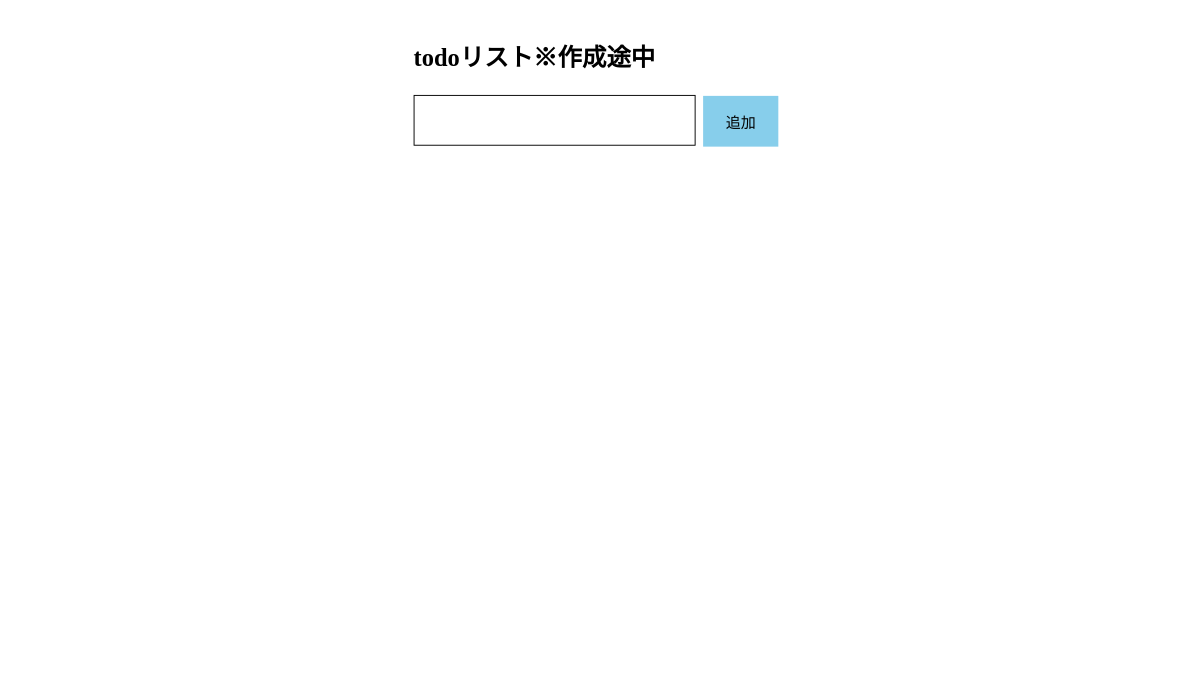
Repository: FujieRyou/react_practice
Page: /
An editor plug-in stored every save of this project. The page is shown before and after the next save, followed by the edit.
The browser window is 1280 px wide. The pictures show the whole page, at 94% of full size.
The project was rebuilt for these pictures with package versions that can differ from the ones it lists, and the page was loaded fresh each time. Also part of the build but not shown: vite.config.js, src/components/testComponent.jsx, src/components/countUp.jsx, src/components/switchFlag.jsx.

Above is the page before, as saved 2023-01-19 04:41:19.

### src/App.jsx
import { useEffect } from "react"
import { useRef } from "react"
import { useState } from "react"
import TestComponent from "./components/testComponent"
import styles from "./scss/style.scss"
import Todolist from "./components/todoComponent"
import CountUp from "./components/countUp"
import SwitchFlag from "./components/switchFlag"
import PropsPractice from "./components/props1"
import Profile from "./components/profile"
import ChangeIvent from "./components/ivent"
import InputInterlocking from "./components/inputInterlocking"


const App = () =>{
  const profileInfo = [
    {name:"Takasi",age:20,from:"大阪"},
    {name:"Hirosi",age:19,from:"東京"},
    {name:"Musasi",age:21,from:"名古屋"},
]


  return(
    <div>
      {/* todolist作成中 */}
      <Todolist />

      {/* 押すたびにcountがupする(useState練習) */}
      {/* < CountUp /> */}

      {/* 押すたびにON,OFFがきりかわる(useState練習) */}
      {/* <SwitchFlag /> */}

    {/* props練習 */}
    {/* <PropsPractice color="red"/>
    <PropsPractice num={123}/> */}

    {/* <Profile
      name={profileInfo[0].name}
      age={profileInfo[0].age}
      from={profileInfo[0].from}
    />

    <Profile
      {...profileInfo[1]}
    />

    <Profile/>

    <ChangeIvent /> */}

    {/* <InputInterlocking /> */}

    </div>






  )
}


export default App

### src/scss/style.scss
@forward "_ress";

input{
    border: solid 1px black;
    width: 200px;
    height: 32px;
}

.btn{
    width: 56px;
    height: 32px;
    background-color: aquamarine;
}

.list{
    width: 200px;
    height: 100px;
    background-color: tomato;
    border: solid 1px skyblue;
    padding: 10px 12px;
    list-style-type: none;
}

.component{
    width: 200px;
    height: 150px;
    border: solid 5px green;
    color: green;
}
.component.red{
    width: 200px;
    height: 150px;
    border: solid 5px red;
    color: red;
}

.mouseInOut{
    width: 200px;
    height: 200px;
    background-color: aquamarine;
    margin-top: 20px;
}

.todoWrap{
    width: 400px;
    height: auto;
    margin: 0 auto;
    padding-top: 40px;
    h2{
        font-size: 26px;
    }
}

.addBtn{
    width: 80px;
    height: 54px;
    background-color: skyblue;
    margin-left: 8px;
}

.txtArea{
    width: 300px;
    height: 54px;
    margin-top: 24px;
    font-size: 24px;
}

.additionBtn{
    width: 40px;
    height: 40px;
    background-color: skyblue;
    margin-left: 4px;
}

### src/components/todoComponent.jsx
import style from "../scss/style.scss"
import { useState } from "react";

const Todolist = () =>{
    const [val, setVal] = useState();

    return(
        <div className="todoWrap">
            <h2>todoリスト※作成途中</h2>
            <input type="text" id="txtArea" className="txtArea" />
            <button type="button" id="addBtn" className="addBtn">追加</button>
            <div id="listWrap">
            </div>
        </div>
    )
}

export default Todolist;

### src/scss/_ress.scss
/*!
 * ress.css • v4.0.0
 * MIT License
 * github.com/filipelinhares/ress
 */

/* # =================================================================
   # Global selectors
   # ================================================================= */

   html {
    box-sizing: border-box;
    -webkit-text-size-adjust: 100%; /* Prevent adjustments of font size after orientation changes in iOS */
    word-break: normal;
    -moz-tab-size: 4;
    tab-size: 4;
  }

  *,
  ::before,
  ::after {
    background-repeat: no-repeat; /* Set `background-repeat: no-repeat` to all elements and pseudo elements */
    box-sizing: inherit;
  }

  ::before,
  ::after {
    text-decoration: inherit; /* Inherit text-decoration and vertical align to ::before and ::after pseudo elements */
    vertical-align: inherit;
  }

  * {
    padding: 0; /* Reset `padding` and `margin` of all elements */
    margin: 0;
  }

  /* # =================================================================
     # General elements
     # ================================================================= */

  hr {
    overflow: visible; /* Show the overflow in Edge and IE */
    height: 0; /* Add the correct box sizing in Firefox */
    color: inherit; /* Correct border color in Firefox. */
  }

  details,
  main {
    display: block; /* Render the `main` element consistently in IE. */
  }

  summary {
    display: list-item; /* Add the correct display in all browsers */
  }

  small {
    font-size: 80%; /* Set font-size to 80% in `small` elements */
  }

  [hidden] {
    display: none; /* Add the correct display in IE */
  }

  abbr[title] {
    border-bottom: none; /* Remove the bottom border in Chrome 57 */
    /* Add the correct text decoration in Chrome, Edge, IE, Opera, and Safari */
    text-decoration: underline;
    text-decoration: underline dotted;
  }

  a {
    background-color: transparent; /* Remove the gray background on active links in IE 10 */
  }

  a:active,
  a:hover {
    outline-width: 0; /* Remove the outline when hovering in all browsers */
  }

  code,
  kbd,
  pre,
  samp {
    font-family: monospace, monospace; /* Specify the font family of code elements */
  }

  pre {
    font-size: 1em; /* Correct the odd `em` font sizing in all browsers */
  }

  b,
  strong {
    font-weight: bolder; /* Add the correct font weight in Chrome, Edge, and Safari */
  }

  /* https://gist.github.com/unruthless/413930 */
  sub,
  sup {
    font-size: 75%;
    line-height: 0;
    position: relative;
    vertical-align: baseline;
  }

  sub {
    bottom: -0.25em;
  }

  sup {
    top: -0.5em;
  }

  table {
    border-color: inherit; /* Correct border color in all Chrome, Edge, and Safari. */
    text-indent: 0; /* Remove text indentation in Chrome, Edge, and Safari */
  }

  /* # =================================================================
     # Forms
     # ================================================================= */

  input {
    border-radius: 0;
  }

  /* Replace pointer cursor in disabled elements */
  [disabled] {
    cursor: default;
  }

  [type='number']::-webkit-inner-spin-button,
  [type='number']::-webkit-outer-spin-button {
    height: auto; /* Correct the cursor style of increment and decrement buttons in Chrome */
  }

  [type='search'] {
    -webkit-appearance: textfield; /* Correct the odd appearance in Chrome and Safari */
    outline-offset: -2px; /* Correct the outline style in Safari */
  }

  [type='search']::-webkit-search-decoration {
    -webkit-appearance: none; /* Remove the inner padding in Chrome and Safari on macOS */
  }

  textarea {
    overflow: auto; /* Internet Explorer 11+ */
    resize: vertical; /* Specify textarea resizability */
  }

  button,
  input,
  optgroup,
  select,
  textarea {
    font: inherit; /* Specify font inheritance of form elements */
  }

  optgroup {
    font-weight: bold; /* Restore the font weight unset by the previous rule */
  }

  button {
    overflow: visible; /* Address `overflow` set to `hidden` in IE 8/9/10/11 */
  }

  button,
  select {
    text-transform: none; /* Firefox 40+, Internet Explorer 11- */
  }

  /* Apply cursor pointer to button elements */
  button,
  [type='button'],
  [type='reset'],
  [type='submit'],
  [role='button'] {
    cursor: pointer;
    color: inherit;
  }

  /* Remove inner padding and border in Firefox 4+ */
  button::-moz-focus-inner,
  [type='button']::-moz-focus-inner,
  [type='reset']::-moz-focus-inner,
  [type='submit']::-moz-focus-inner {
    border-style: none;
    padding: 0;
  }

  /* Replace focus style removed in the border reset above */
  button:-moz-focusring,
  [type='button']::-moz-focus-inner,
  [type='reset']::-moz-focus-inner,
  [type='submit']::-moz-focus-inner {
    outline: 1px dotted ButtonText;
  }

  button,
  html [type='button'], /* Prevent a WebKit bug where (2) destroys native `audio` and `video`controls in Android 4 */
  [type='reset'],
  [type='submit'] {
    -webkit-appearance: button; /* Correct the inability to style clickable types in iOS */
  }

  /* Remove the default button styling in all browsers */
  button,
  input,
  select,
  textarea {
    background-color: transparent;
    border-style: none;
  }

  a:focus,
  button:focus,
  input:focus,
  select:focus,
  textarea:focus {
    outline-width: 0;
  }

  /* Style select like a standard input */
  select {
    -moz-appearance: none; /* Firefox 36+ */
    -webkit-appearance: none; /* Chrome 41+ */
  }

  select::-ms-expand {
    display: none; /* Internet Explorer 11+ */
  }

  select::-ms-value {
    color: currentColor; /* Internet Explorer 11+ */
  }

  legend {
    border: 0; /* Correct `color` not being inherited in IE 8/9/10/11 */
    color: inherit; /* Correct the color inheritance from `fieldset` elements in IE */
    display: table; /* Correct the text wrapping in Edge and IE */
    max-width: 100%; /* Correct the text wrapping in Edge and IE */
    white-space: normal; /* Correct the text wrapping in Edge and IE */
    max-width: 100%; /* Correct the text wrapping in Edge 18- and IE */
  }

  ::-webkit-file-upload-button {
    /* Correct the inability to style clickable types in iOS and Safari */
    -webkit-appearance: button;
    color: inherit;
    font: inherit; /* Change font properties to `inherit` in Chrome and Safari */
  }

  /* # =================================================================
     # Specify media element style
     # ================================================================= */

  img {
    border-style: none; /* Remove border when inside `a` element in IE 8/9/10 */
  }

  /* Add the correct vertical alignment in Chrome, Firefox, and Opera */
  progress {
    vertical-align: baseline;
  }

  /* # =================================================================
     # Accessibility
     # ================================================================= */

  /* Specify the progress cursor of updating elements */
  [aria-busy='true'] {
    cursor: progress;
  }

  /* Specify the pointer cursor of trigger elements */
  [aria-controls] {
    cursor: pointer;
  }

  /* Specify the unstyled cursor of disabled, not-editable, or otherwise inoperable elements */
  [aria-disabled='true'] {
    cursor: default;
  }

### src/components/props1.jsx
import style from "../scss/style.scss";

const PropsPractice = (props) =>{
    return(
        <div className={`component ${props.color}`}>
            <h3>Hello component</h3>
            <h3>{props.num}</h3>
        </div>
    )
}

export default PropsPractice;

### src/components/profile.jsx
const Profile = ({name="Fujie",age=21,from="大阪"}) =>{
    return(
        <div>
            <h3>Name:{name}</h3>
            <h3>Age:{age}</h3>
            <h3>From:{from}</h3>
        </div>
    )
}

export default Profile

### src/components/ivent.jsx
import style from "../scss/style.scss"

const ChangeIvent = () =>{

    return(
        <div>
            <h3>コンソールを確認する</h3>
            <input type="text"
            // onChange=>input内に入力されるたび感知
            onChange={() => console.log("onChange感知")}

            // onBlur=>focusが外れるたびに感知
            onBlur={(e)=>console.log(e.target.value)}

            // onFocus=>focusに感知
            onFocus={()=> console.log("onFocus感知")}
            />

            <div
            className="mouseInOut"
            onMouseEnter={()=> console.log("カーソルが入ってきました")}
            onMouseLeave={()=> console.log("カーソルがでました")}
            ></div>
        </div>
    )
}

export default ChangeIvent

### src/components/inputInterlocking.jsx
import { useState } from "react";
import style from "../scss/style.scss"

const InputInterlocking = () =>{
    let [nameVal,setNameVal] = useState()
    let [age,setAge] = useState(0)
    return(
        <div>
            <p>名前{nameVal}</p>
            <input type="text" onChange={(e)=>{
                setNameVal(e.target.value)
            }}/>

            <p>年齢{}</p>
            <input type="text" value={age}/>
            <button type="button" className="additionBtn" onClick={()=>{
                setAge(age+1)
            }}>+</button>
            <button type="button" className="additionBtn" onClick={()=>{
                setAge(age-1)
            }}>-</button>
        </div>
    )
}

export default InputInterlocking

Loaded but not shown: index.html (common file); src/main.jsx (common file)

After the next save:
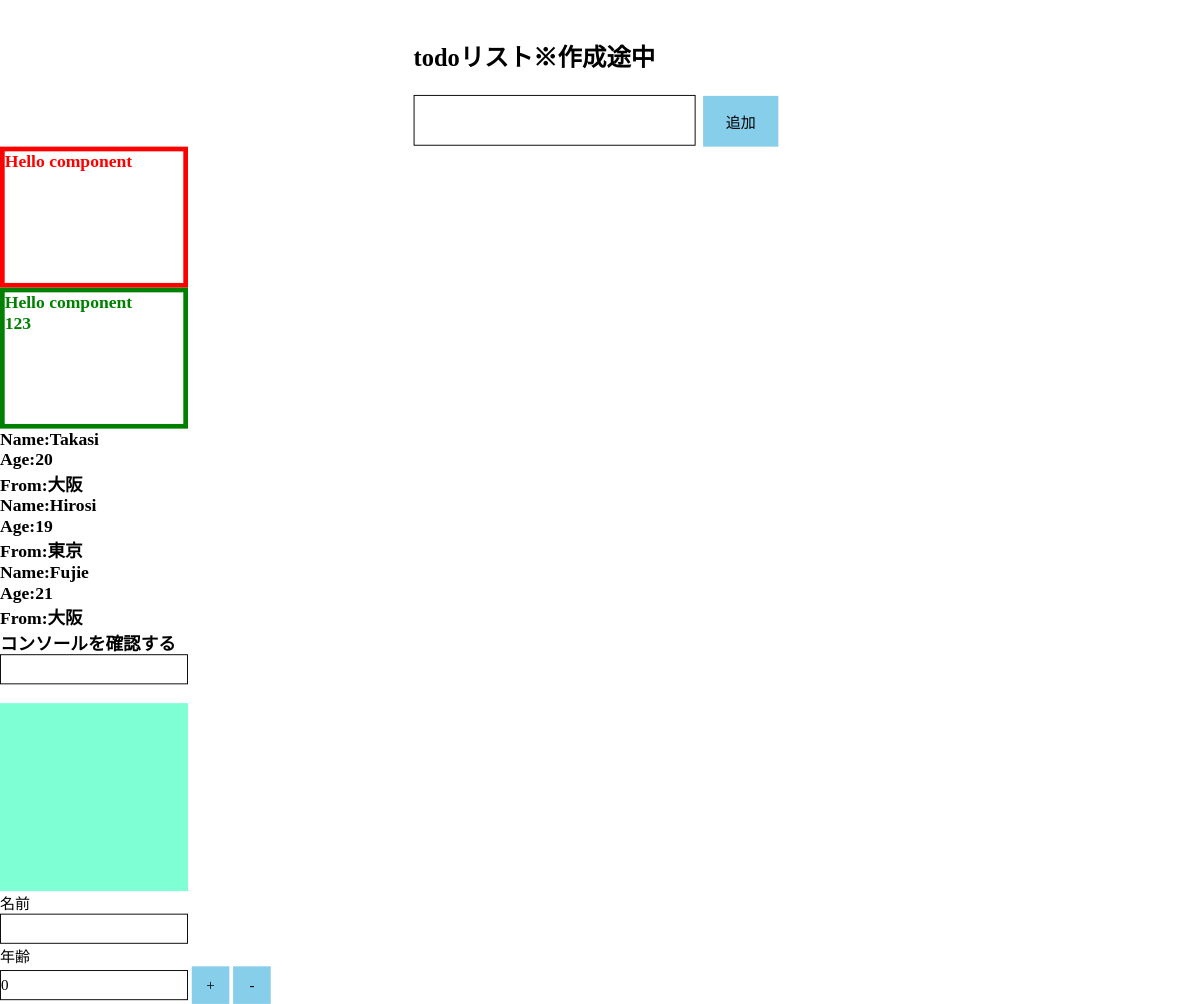
Saved 43 min 36 s later.
--- a/src/App.jsx
+++ b/src/App.jsx
@@ -32,10 +32,10 @@ const App = () =>{
       {/* <SwitchFlag /> */}
 
     {/* props練習 */}
-    {/* <PropsPractice color="red"/>
-    <PropsPractice num={123}/> */}
+    <PropsPractice color="red"/>
+    <PropsPractice num={123}/>
 
-    {/* <Profile
+    <Profile
       name={profileInfo[0].name}
       age={profileInfo[0].age}
       from={profileInfo[0].from}
@@ -47,9 +47,9 @@ const App = () =>{
 
     <Profile/>
 
-    <ChangeIvent /> */}
+    <ChangeIvent />
 
-    {/* <InputInterlocking /> */}
+    <InputInterlocking />
 
     </div>
 
